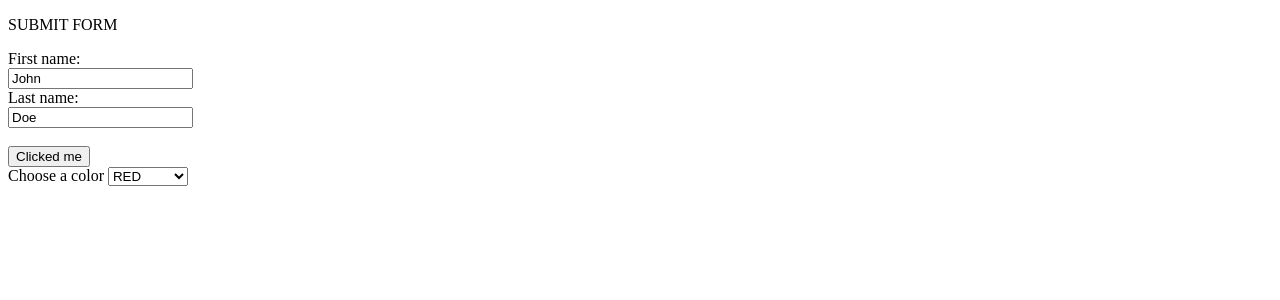
Repository: rizacantire/javascript
Page: Odev2/index.html
The author's editor kept a copy of each file at every save. The page is drawn from the files as they stood at one save, then again after the next save.
The browser window is 1280 px wide. The pictures show the whole page.

Above is the page before, as saved 2021-12-10 11:00:00.

After the next save:
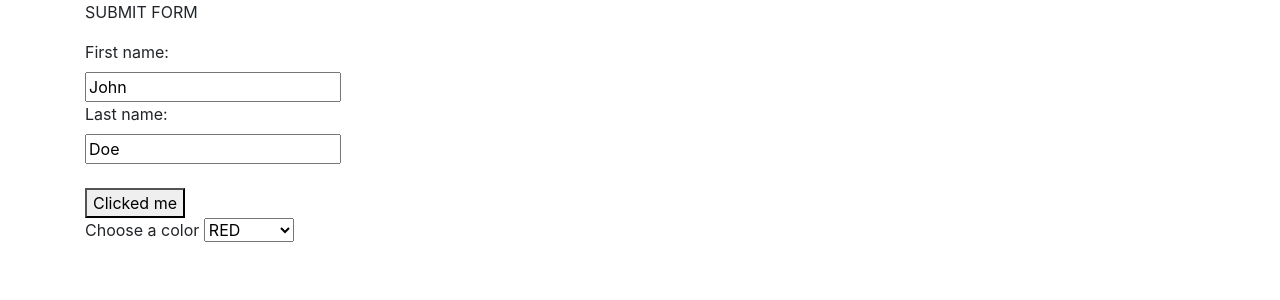
Saved 31 s later.
--- a/Odev2/index.html
+++ b/Odev2/index.html
@@ -5,8 +5,12 @@
     <meta http-equiv="X-UA-Compatible" content="IE=edge">
     <meta name="viewport" content="width=device-width, initial-scale=1.0">
     <title>Document</title>
-
-
+    <link
+      rel="stylesheet"
+      href="https://cdn.jsdelivr.net/npm/bootstrap@4.6.0/dist/css/bootstrap.min.css"
+      integrity="sha384-B0vP5xmATw1+K9KRQjQERJvTumQW0nPEzvF6L/Z6nronJ3oUOFUFpCjEUQouq2+l"
+      crossorigin="anonymous"
+    />
 </head>
 <body>
     <div class="container">
@@ -33,4 +37,5 @@
       </div>
 </body>
 <script src="js/style.js"></script>
+
 </html>
